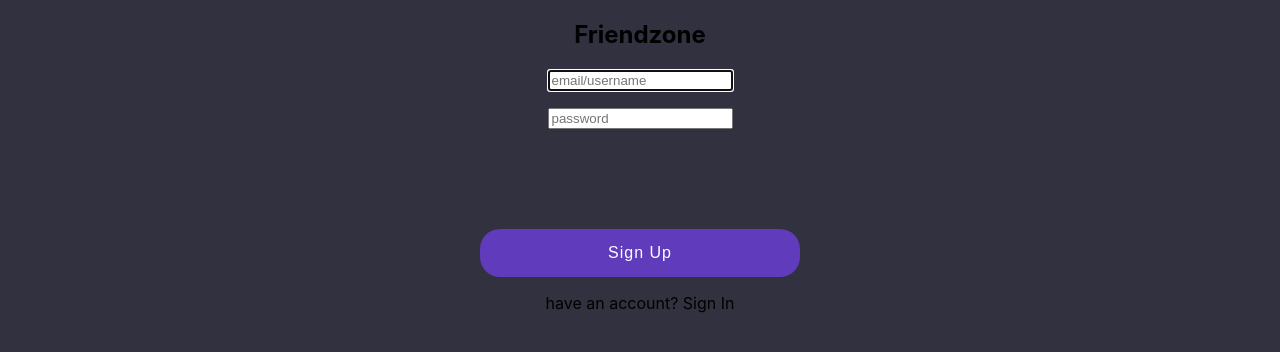
Repository: DerickT02/friend-zone
Page: /
An editor plug-in stored every save of this project. The page is shown before and after the next save, followed by the edit.
The browser window is 1280 px wide. The pictures show the whole page.
The project was rebuilt for these pictures with package versions that can differ from the ones it lists, and the page was loaded fresh each time. Also part of the build but not shown: src/Appreducer.js, src/GlobalState.js, src/Post.js, src/Homepage.js, src/fire.js.

Above is the page before, as saved 2021-07-07 07:43:50.

### src/index.js
import React from 'react';
import ReactDOM from 'react-dom';
import './index.css';
import App from './App';


ReactDOM.render(

    <App />,
  document.getElementById('root')
);

// If you want to start measuring performance in your app, pass a function
// to log results (for example: reportWebVitals(console.log))
// or send to an analytics endpoint. Learn more: https://bit.ly/CRA-vitals

### src/index.css
body {
  margin: 0;
  font-family: -apple-system, BlinkMacSystemFont, 'Segoe UI', 'Roboto', 'Oxygen',
    'Ubuntu', 'Cantarell', 'Fira Sans', 'Droid Sans', 'Helvetica Neue',
    sans-serif;
  -webkit-font-smoothing: antialiased;
  -moz-osx-font-smoothing: grayscale;
  background-color: rgb(49, 49, 63);

}

code {
  font-family: source-code-pro, Menlo, Monaco, Consolas, 'Courier New',
    monospace;
}

### src/App.js
import React, { Component, useState, useEffect } from 'react'
import { BrowserRouter, Switch, Link, Route, Redirect, Router} from 'react-router-dom'
import Login from './Login'
import Homepage from './Homepage'
import './App.css'

import fire from './fire'
import GlobalProvider from './GlobalState'

function App() {
  const [user, setUser] = useState('')
  const [email, setEmail] = useState('')
  const [password, setPassword] = useState('')
  const [emailError, setEmailError] = useState('')
  const [passwordError, setPasswordError] = useState('')
  const [hasAccount, setHasAccount] = useState(false)

const clearInputs = () => {
  setEmail('')
  setPassword('')
}

const clearErrors = () => {
  setEmailError('');
  setPasswordError('')
}

const handleLogin = () => {
  clearErrors()
  fire
  .auth()
  .signInWithEmailAndPassword(email, password)
  .catch(err => {
      switch(err.code){
          case 'auth/invalid-email':
          case 'auth/user-disabled':
          case 'auth/user-not-found':
              setEmailError(err.message)
              break;
          case 'auth/wrong-password':
              setPasswordError(err.message)
              break
      }
  })
}

const handleSignup = () => {
  clearErrors()
  fire
  .auth()
  .createUserWithEmailAndPassword(email, password)
  .catch(err => {
      switch(err.code){
          case 'auth/email-already-in-use':
          case 'auth/invalid-email':
          setEmailError(err.message);
          break;

          case 'auth/weak-password':
          setPasswordError(err.message)
      }
  })
}

const handleLogout = () => {
  fire
  .auth()
  .signOut()
}

const authListener = () => {
  fire.auth().onAuthStateChanged((user) => {
    if(user){
      clearInputs()
      setUser(user)
    }
    else {
        setUser('')
    }
  })
}

useEffect(() => {
  authListener()
}, [])

  return (
    <div className="App">
    {user ? (
      <BrowserRouter>
      <GlobalProvider>
      <Switch>
        <Route exact path = '/'><Redirect to = "/homepage"/></Route>
        <Route exact path = '/homepage'><Homepage handleLogout = {handleLogout}/></Route>
      </Switch>
      </GlobalProvider>
     </BrowserRouter>
    ) : (

      <BrowserRouter>
      <Switch>
      <Route exact path = '/homepage'><Redirect to = "/" /></Route>
        <Route><Login email = {email}
            setEmail = {setEmail}
            password = {password}
            setPassword={setPassword}
            handleLogin={handleLogin}
            handleSignup={handleSignup}
            hasAccount={hasAccount}
            setHasAccount={setHasAccount}
            emailError={emailError}
            passwordError={passwordError} /></Route>
      </Switch>
      </BrowserRouter>
    )}

    </div>
  );
}

export default App;

### src/Login.js
import React, { Component, useState, useEffect } from 'react'
import './Login.css'
import {Link} from 'react-router-dom'

const Login = (props) => {
    const {email, setEmail, password, setPassword, handleLogin, handleSignup, hasAccount, setHasAccount, emailError, passwordError} = props
    return (
        <section className = "login">
        <div className="loginContainer" >

<h1>Friendzone</h1>


<input placeholder = 'email/username' type ="text" autoFocus required value = {email} onChange={(e) => setEmail(e.target.value)}/>
<p className ="errorMsg">{emailError}</p>

<input placeholder = 'password' type ="password" required value = {password} onChange={(e) => setPassword(e.target.value)} />
<p className = "errorMsg">{passwordError}</p>
<div className="btnContainer">

    {hasAccount ? (
        <div>
       <button type = "submit" onClick = {handleLogin}>Sign in</button>
        <p>Don't have an account? <span onClick ={() => setHasAccount(!hasAccount)}>Sign Up</span></p>
        </div>
    ):(
        <div>
        <button type = "submit" onClick={handleSignup}>Sign Up</button>
        <p>have an account? <span onClick = {() => setHasAccount(!hasAccount)}>Sign In</span></p>
        </div>
    )}

</div>
</div>
</section>





    )
}


export default Login

### src/Login.css
* {
  box-sizing: border-box;
}

.login{

}


.btnContainer {
  margin-top: 100px;
}


.btnContainer button {
  border: none;
  border-radius: 20px;
  outline: none;
  width: 25%;
  padding: 15px 0;
  color: #fff;
  font-size: 16px;
  letter-spacing: 1px;
  background: #603bbb;
  cursor: pointer;
}

Loaded but not shown: public/index.html (common file); src/App.css (common file)

After the next save:
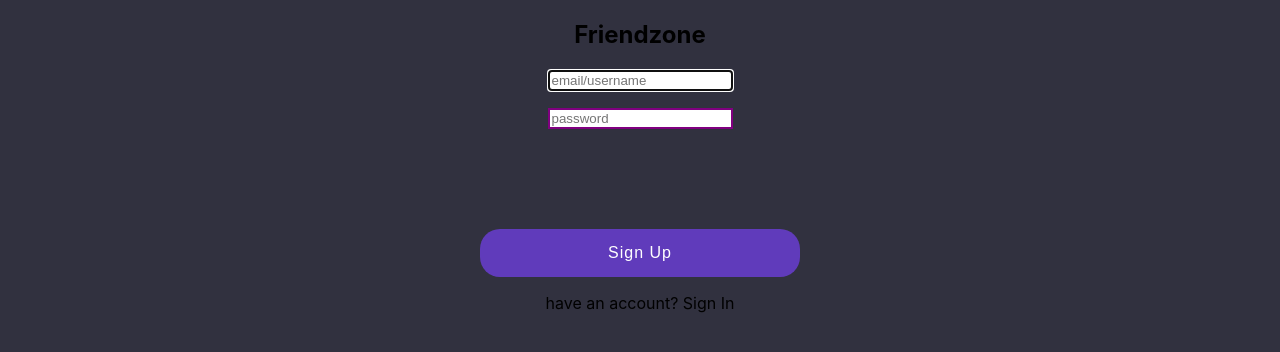
Saved 90 s later.
--- a/src/Login.css
+++ b/src/Login.css
@@ -2,8 +2,8 @@
   box-sizing: border-box;
 }
 
-.login{
-
+.login .loginContainer input {
+  border: 2px solid purple;
 }
 
 
